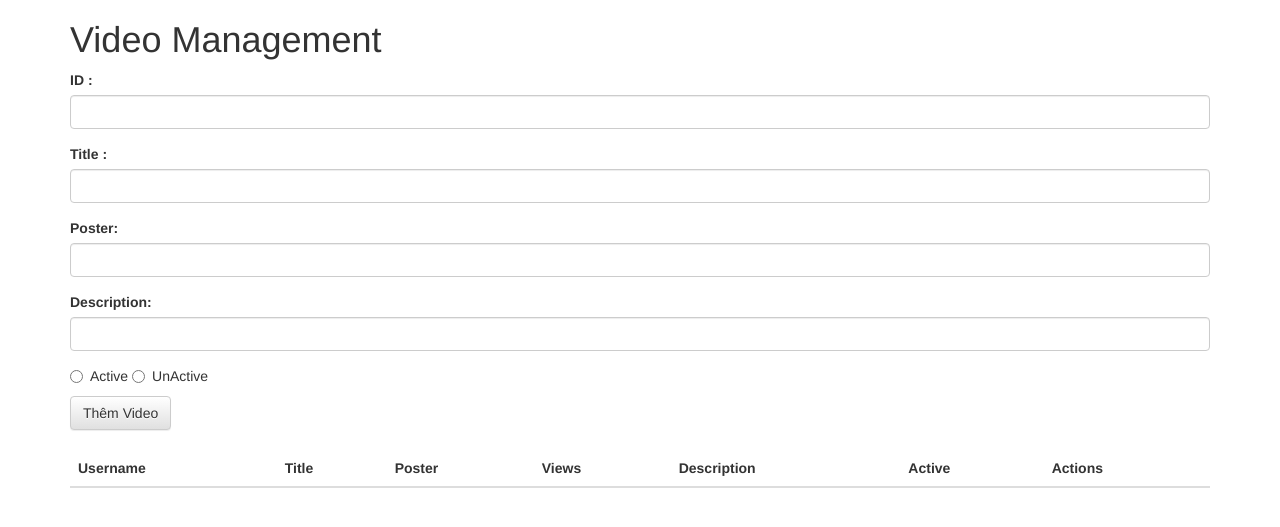
Repository: Hacorbie/Java-Servlet
Page: http://localhost/ASM_JV4/views/User.jsp
The author's editor kept a copy of each file at every save. The page is drawn from the files as they stood at one save, then again after the next save.
The browser window is 1280 px wide. The pictures show the whole page.
Some web libraries are served in a nearby version. The page is served by Tomcat 9. Other server files are loaded and not shown. The template is opened directly, without the code that normally fills it, so the values that code supplies are empty.

Above is the page before, as saved 2023-04-09 12:22:51.

### ASM_JV4/src/main/webapp/views/User.jsp
<%@ page language="java" contentType="text/html; charset=UTF-8"
	pageEncoding="UTF-8"%>
<%@ taglib uri="http://java.sun.com/jsp/jstl/core" prefix="c"%>
<!DOCTYPE html>
<html>
<head>
<meta charset="UTF-8">

<title>User Management</title>
<!-- Thêm các file CSS Bootstrap -->
<link rel="stylesheet"
	href="https://maxcdn.bootstrapcdn.com/bootstrap/3.3.7/css/bootstrap.min.css">
<link rel="stylesheet"
	href="https://maxcdn.bootstrapcdn.com/bootstrap/3.3.7/css/bootstrap-theme.min.css">
</head>
<body>
<c:url var = "url" value ="/VideoManager"></c:url>
	<div class="container">
		<h1>Video Management</h1>
		<!-- Form thêm mới video -->
		<form method="post" action="${url}/Add">
		<div class="form-group">
    <label for="ID">ID :</label>
    <input type="text" class="form-control" name ="ID">
  </div>
			<div class="form-group">
    <label for="title">Title :</label>
    <input type="text" class="form-control" name ="title">
  </div>
  <div class="form-group">
    <label for="poster">Poster:</label>
    <input type="text" class="form-control" name="poster">
  </div>
  <div class="form-group">
    <label for="des">Description:</label>
    <input type="text" class="form-control" name="des">
  </div>
  <div class="radio">
    <label><input type="radio" name = "active" value ="yes"> Active</label>
    <label><input type="radio"name = "active" value ="no"> UnActive</label>
  </div>
  <button type="submit" class="btn btn-default">Thêm Video</button>
		</form>
		<br>
		<!-- Bảng hiển thị danh sách video -->
		<table class="table">
			<thead>
				<tr>
					<th>Username</th>
					<th>Title</th>
					<th>Poster</th>
					<th>Views</th>
					<th>Description</th>
					<th>Active</th>
					<th>Actions</th>
				</tr>
			</thead>
			<tbody>
				<c:forEach var="video" items="${videos}">
					<tr>
						<td>${video.id}</td>
						<td>${video.title}</td>
						<td>${video.poster}</td>
						<td>${video.views}</td>
						<td>${video.description}</td>
						<td>${video.active}</td>
						<td>
							<!-- Form chỉnh sửa video -->
							<form method="post" action="VideoController" class="form-inline">
								<input type="hidden" name="action" value="edit"> <input
									type="hidden" name="id" value="${video.id}">
								<button type="submit" class="btn btn-primary">Update</button>
							</form> <!-- Form xóa video -->
							<form method="post" action="VideoController" class="form-inline">
								<input type="hidden" name="action" value="delete"> <input
									type="hidden" name="id" value="${video.id}">
								<button type="submit" class="btn btn-danger">Delete</button>
							</form>
						</td>
					</tr>
				</c:forEach>
			</tbody>
		</table>
	</div>
	<!-- Thêm các file JavaScript Bootstrap -->
	<script
		src="https://ajax.googleapis.com/ajax/libs/jquery/3.2.1/jquery.min.js"></script>
	<script
		src="https://maxcdn.bootstrapcdn.com/bootstrap/3.3.7/js/bootstrap.min.js"></script>

</body>
</html>

After the next save:
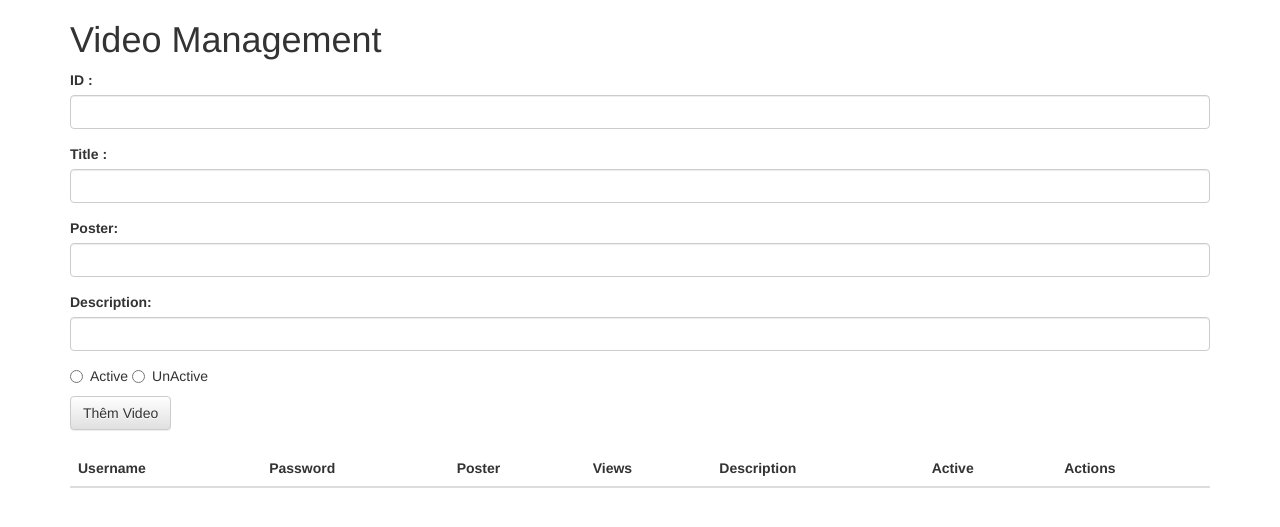
Saved 5 s later.
--- a/ASM_JV4/src/main/webapp/views/User.jsp
+++ b/ASM_JV4/src/main/webapp/views/User.jsp
@@ -47,7 +47,7 @@
 			<thead>
 				<tr>
 					<th>Username</th>
-					<th>Title</th>
+					<th>Password</th>
 					<th>Poster</th>
 					<th>Views</th>
 					<th>Description</th>
